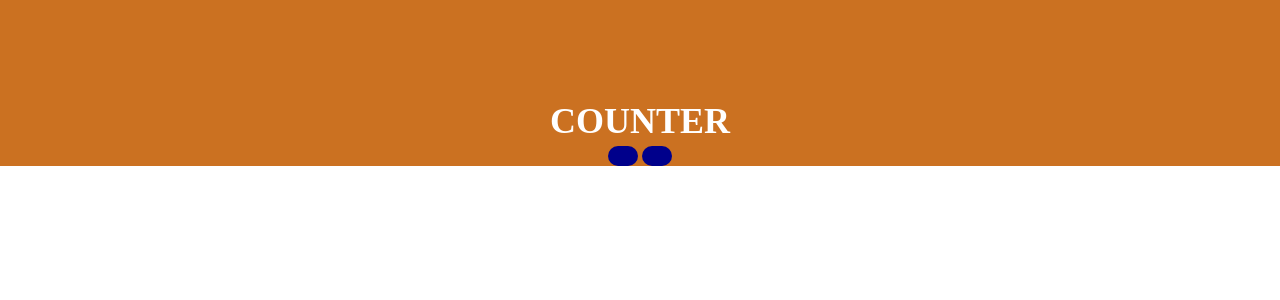
Repository: lusine-tech/counter
Page: index.html
An editor plug-in stored every save of this project. The page is shown before and after the next save, followed by the edit.
The browser window is 1280 px wide. The pictures show the whole page.

Above is the page before, as saved 2022-02-14 16:53:59.

After the next save:
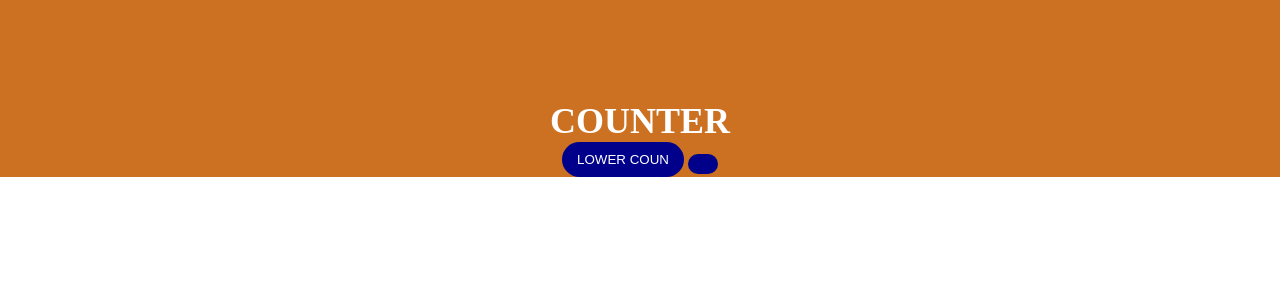
Saved 13 s later.
--- a/index.html
+++ b/index.html
@@ -13,7 +13,7 @@
             <h3 class="title">Counter</h3>
             <p class="num"></p>
     <div class="buttons">
-       <button class="btn" id="btn-left"></button>
+       <button class="btn" id="btn-left">lower coun</button>
        <button class="btn" id="btn-right"></button>
     </div>
     </div>
